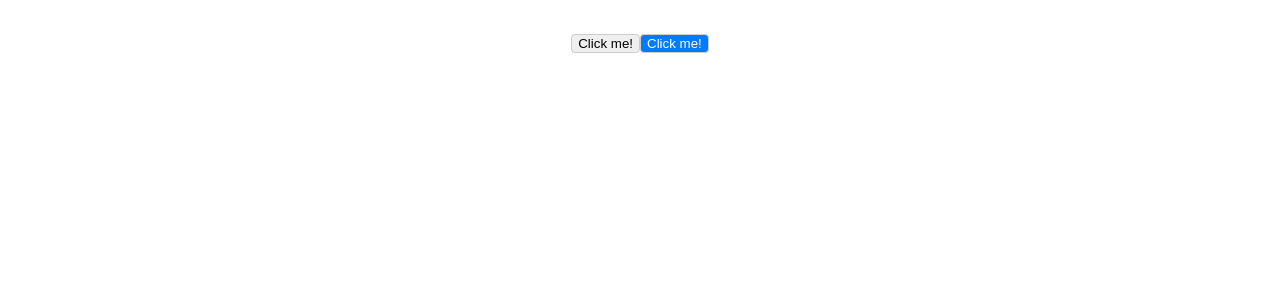
Repository: ThanhThn/tiktok-ui
Page: /
These files come from the project's save history. The page is drawn as it stood at one moment and after the next save; the edit follows.
The browser window is 1280 px wide. The pictures show the whole page.
The project was rebuilt for these pictures with package versions that can differ from the ones it lists, and the page was loaded fresh each time.

Above is the page before, as saved 2023-09-02 13:58:24.

### src/index.js
import React from 'react';
import ReactDOM from 'react-dom/client';
import './index.css';
import App from './App';
import reportWebVitals from './reportWebVitals';
//Fake comments

const root = ReactDOM.createRoot(document.getElementById('root'));
root.render(
  //<React.StrictMode
       <App />
  //</React.StrictMode>
);

// If you want to start measuring performance in your app, pass a function
// to log results (for example: reportWebVitals(console.log))
// or send to an analytics endpoint. Learn more: https://bit.ly/CRA-vitals
reportWebVitals();

### src/App.js
import './App.css';
import Button from './components/Button'
function App() {

  return (
    <div className="App" style={{ padding: 32 }}>
      <Button/>
    </div>
  );
}



export default App;

### src/components/Button/index.js
import clsx from 'clsx'
import styles from './Button.module.css'

function Button({primary}){
    const classes = clsx(styles.btn,{
        [styles.primary]: true
    })
    console.log(styles)
    return (
        <>
        <button className={styles.btn}>
            Click me!
        </button>
        <button className={classes}>
            Click me!
        </button>
        </>
    )
}

export default Button

### src/components/Button/Button.module.css
.btn {
    padding: 4xp 16px;
    border-radius: 4px;
    border: 1px solid #ccc;
}
.active{
    color: red;
}
.primary{
    background-color: #007bfe;
    color: #fff;
}

Loaded but not shown: public/index.html (common file); src/index.css (common file); src/reportWebVitals.js (common file); src/App.css (common file)

After the next save:
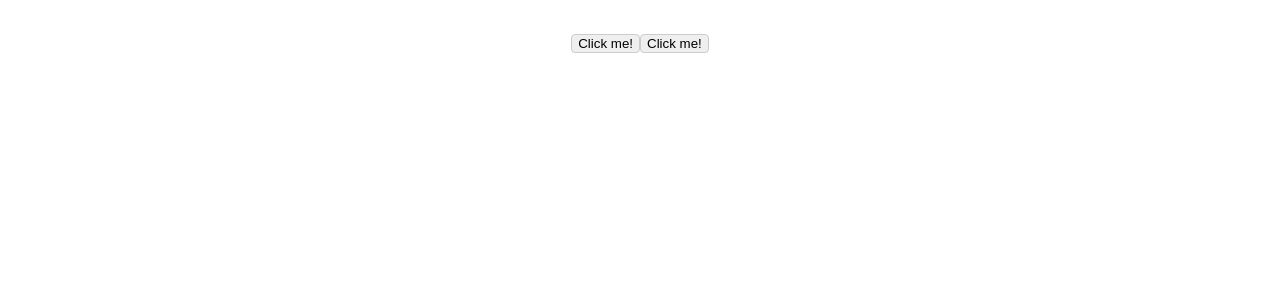
Saved 30 s later.
--- a/src/components/Button/index.js
+++ b/src/components/Button/index.js
@@ -3,7 +3,7 @@ import styles from './Button.module.css'
 
 function Button({primary}){
     const classes = clsx(styles.btn,{
-        [styles.primary]: true
+        [styles.primary]: primary
     })
     console.log(styles)
     return (
